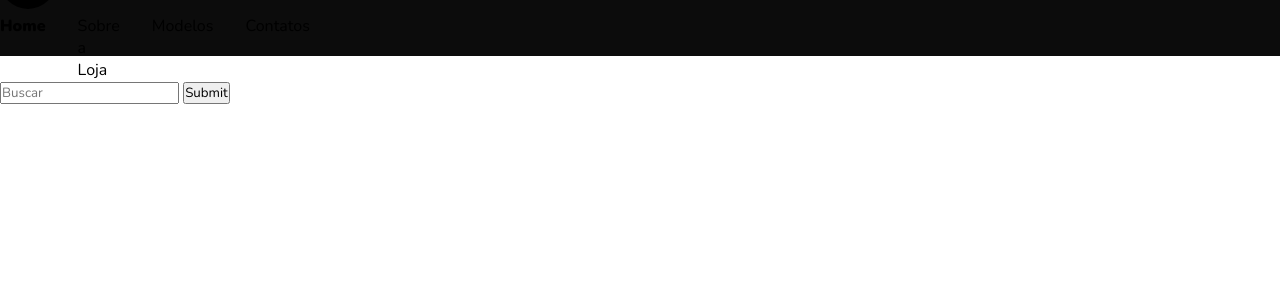
Repository: analessp/dicriastreet
Page: index.html
The author's editor kept a copy of each file at every save. The page is drawn from the files as they stood at one save, then again after the next save.
The browser window is 1280 px wide. The pictures show the whole page.

Above is the page before, as saved 2025-04-17 11:12:43.

### index.html
<!DOCTYPE html>
<html lang="pt-BR">
<head>
    <meta charset="UTF-8">
    <meta name="viewport" content="width=device-width, initial-scale=1.0">
    <link rel="preconnect" href="https://fonts.googleapis.com">
    <link rel="preconnect" href="https://fonts.gstatic.com" crossorigin>
    <link href="https://fonts.googleapis.com/css2?family=Nunito:ital,wght@0,200..1000;1,200..1000&family=Outfit:wght@100..900&display=swap" rel="stylesheet">
    <title>dicriastreet</title>
    <link rel="stylesheet" href="style.css">
</head>
<body>
    <header>
        <nav>
            <img src="/assets/logo.jfif" alt="Logo dicriastreet"
            id="header-logo">
            <nav id="header-nav">
            <ul>
                <li>Home</li>
                <li>Sobre a Loja</li>
                <li>Modelos</li>
                <li>Contatos</li>
            </ul>
        </nav>
        <div id="header-search-bar">
            <input type="text" placeholder="Buscar">
            <input type="submit">
        </div>
    </header>
    <main></main>
    <footer></footer>
</body>
</html>

### style.css
:root {
    --background-color: #000000;
    --background-color: #ffffff;
    --background-color: #e0e0e0;
    --background-color: #0c0c0c;
}

* {
    margin: 0;
    padding: 0;
    font-family: "Nunito", sans-serif;
}

body {
    height: 100vh;
}

header {
    display: flex;
    align-items: center;
    justify-content: space-between;
    height: 3.5rem;
    background-color: var(--background-color);
    gap: 1.5rem;
    padding: 0,5rem 1.5rem;
}

#header-nav {
    display: flex;
    align-items: center;
    gap: 2rem;
}

#header-logo {
    width: 3.5rem;
    height: fit-content;
    border-radius: 100%;
}

#header-nav ul {
    width: 30%;
    display: flex;
    color: var(--var-font-color);
    list-style: none;
    gap: 2rem;
}

#header-nav ul li:first-child {
    color: var(--secondary-color);
    font-weight: 900;
}

#header-search-bar {

}

After the next save:
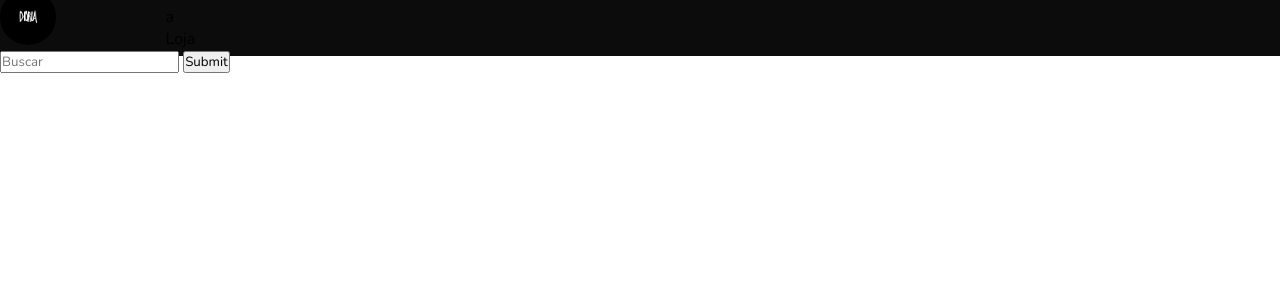
Saved 21 s later.
--- a/index.html
+++ b/index.html
@@ -12,9 +12,9 @@
 <body>
     <header>
         <nav>
-            <img src="/assets/logo.jfif" alt="Logo dicriastreet"
-            id="header-logo">
             <nav id="header-nav">
+                <img src="/assets/logo.jfif" alt="Logo dicriastreet"
+                id="header-logo">
             <ul>
                 <li>Home</li>
                 <li>Sobre a Loja</li>
